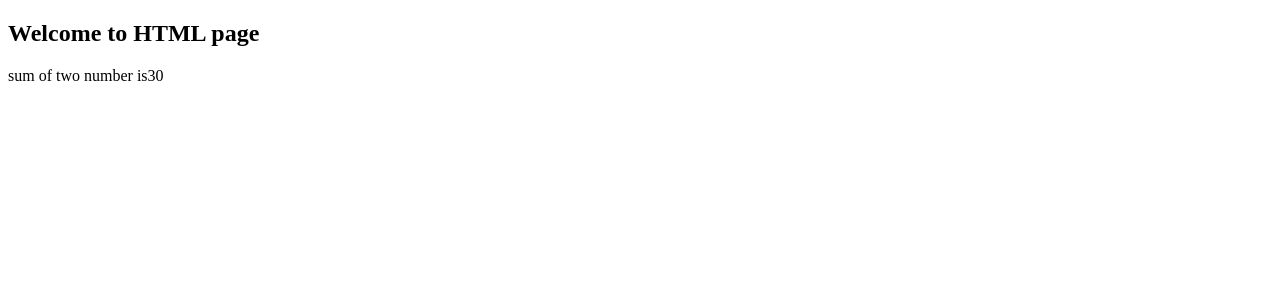
Repository: sefali123456/simpleRestApi123
Page: http://localhost/JSPSimpleapp/
An editor plug-in stored every save of this project. The page is shown before and after the next save, followed by the edit.
The browser window is 1280 px wide. The pictures show the whole page.
The page is served by Tomcat 9.

Above is the page before, as saved 2023-12-09 14:09:40.

After the next save:
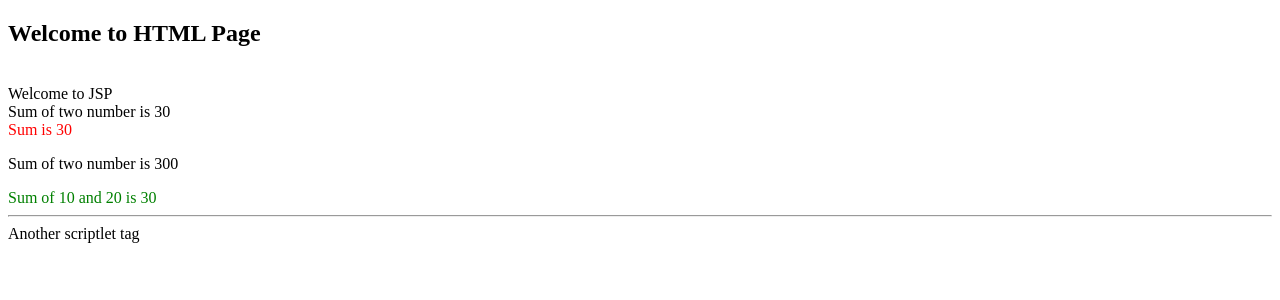
Saved 6 min 28 s later.
--- a/Servers/JSPSimpleapp/src/main/webapp/index.jsp
+++ b/Servers/JSPSimpleapp/src/main/webapp/index.jsp
@@ -3,16 +3,28 @@
 <!DOCTYPE html>
 <html>
 <head>
-<meta charset="UTF-8">
+<meta charset="ISO-8859-1">
 <title>Insert title here</title>
 </head>
 <body>
-<h2>Welcome to HTML page</h2>
-<%!int a=10,b=20,sum; %>
+<h2>Welcome to HTML Page</h2>
+	<%!int a=10,b=20,sum; %>
 <%
-	sum=a+b;
-	System.out.println("Welcome to JSP MESSAGE ON CONSOLE");
-	out.println("sum of two number is"+sum);
+	//int a;
+	//int b;
+	//int sum = a+b;
+	sum = a+b;
+	System.out.println("Welcome to JSP message on console");
+	out.println("<br/>Welcome to JSP");
+	out.println("<br/>Sum of two number is "+sum);
+	out.println("<br/>");
+	out.println("<font color=red>Sum is "+sum+"</font>");
+%>
+<p>Sum of two number is <%=100+200 %></p>
+<font color="green">Sum of <%=a %> and <%=b %> is <%=sum %></font>
+<hr/>
+<%
+	out.println("Another scriptlet tag");
 %>
 </body>
 </html>
